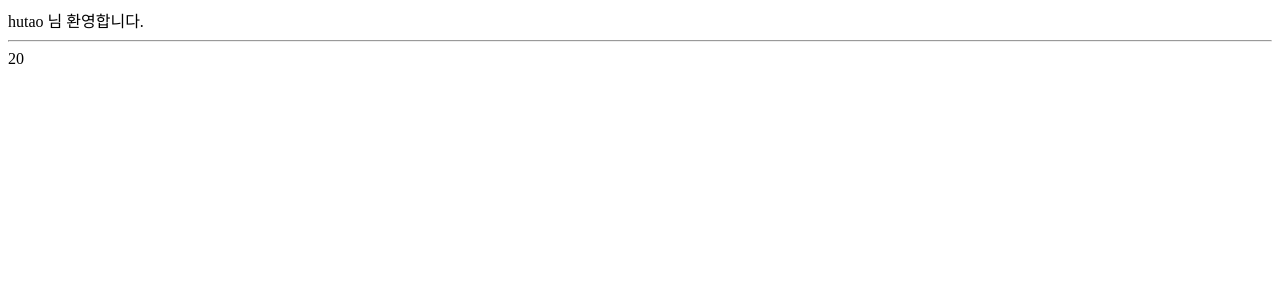
Repository: Jipumpkin/WebServer
Page: http://localhost/JSTL/ex01el1.jsp
These files come from the project's save history. The page is drawn as it stood at one moment and after the next save; the edit follows.
The browser window is 1280 px wide. The pictures show the whole page.
The page is served by Tomcat 9.

Above is the page before, as saved 2024-08-16 05:43:36.

After the next save:
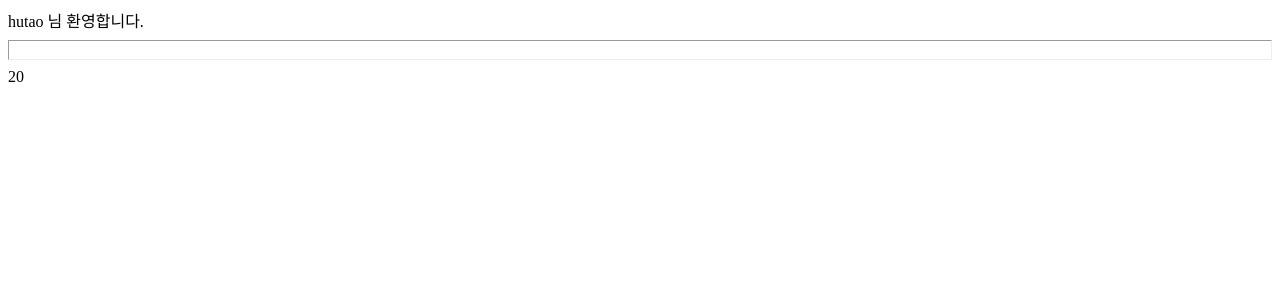
Saved 34 s later.
--- a/JSTL/src/main/webapp/ex01el1.jsp
+++ b/JSTL/src/main/webapp/ex01el1.jsp
@@ -33,7 +33,7 @@
  		request.setAttribute("num", 20);
  	%>
  	<br>
- 	<hr>
+ 	<hr size = "${num}">
  	${num}
 
 
